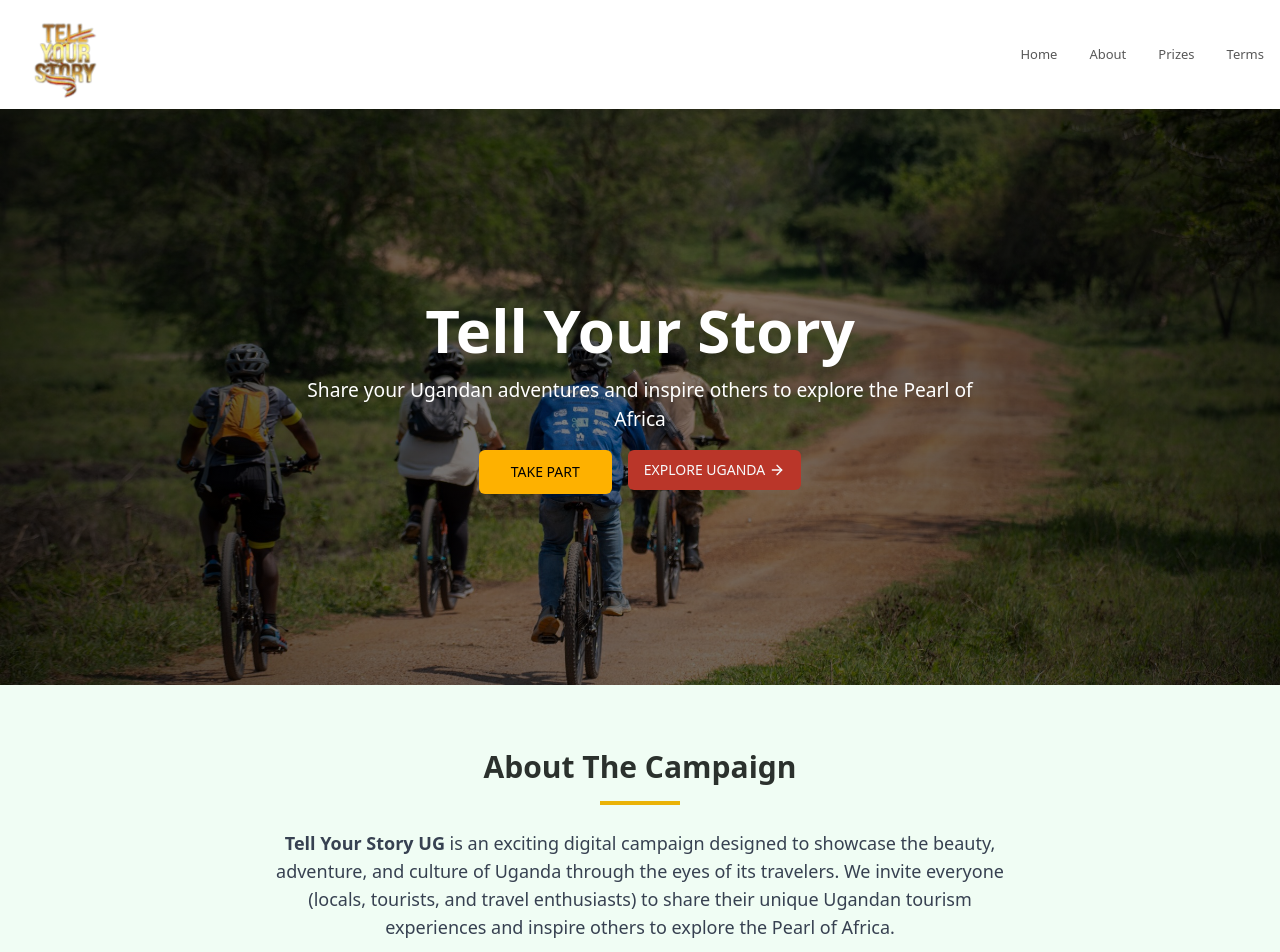
Repository: kaizoku010/take.part
Page: /
These files come from the project's save history. The page is drawn as it stood at one moment and after a run of saves; the edit follows.
The browser window is 1280 px wide. The pictures show the part of the page from y = 0 to 952 px (the page is 3836 px tall).
Backgrounds fixed to the window are drawn as part of the page. The project was rebuilt for these pictures with package versions that can differ from the ones it lists, and the page was loaded fresh each time. Also part of the build but not shown: vite.config.ts, src/components/ui/tooltip.tsx, src/pages/About.tsx, src/components/ui/input.tsx, src/pages/Stories.tsx, src/pages/StoryDetail.tsx, src/components/ui/use-toast.ts, src/components/ui/label.tsx and 4 more.

Above is the page before, as saved 2025-04-14 15:58:37.

### index.html

<!DOCTYPE html>
<html lang="en">
  <head>
    <meta charset="UTF-8" />
    <meta name="viewport" content="width=device-width, initial-scale=1.0" />
    <title>TAKE PART</title>
    <meta name="description" content="Share your Ugandan tourism experiences and inspire others to explore the Pearl of Africa" />
    <meta name="author" content="muneza dixon" />

    <meta property="og:title" content="Tell Your Story UG - Explore Uganda" />
    <meta property="og:description" content="Share your Ugandan tourism experiences and inspire others to explore the Pearl of Africa" />

    <!-- Meta Pixel Code -->
    <script>
    !function(f,b,e,v,n,t,s)
    {if(f.fbq)return;n=f.fbq=function(){n.callMethod?
    n.callMethod.apply(n,arguments):n.queue.push(arguments)};
    if(!f._fbq)f._fbq=n;n.push=n;n.loaded=!0;n.version='2.0';
    n.queue=[];t=b.createElement(e);t.async=!0;
    t.src=v;s=b.getElementsByTagName(e)[0];
    s.parentNode.insertBefore(t,s)}(window, document,'script',
    'https://connect.facebook.net/en_US/fbevents.js');
    fbq('init', '1846327909352916');
    fbq('track', 'PageView');
    </script>
    <!-- End Meta Pixel Code -->
  </head>

  <body>
    <div id="root"></div>
    <!-- Facebook Pixel noscript -->
    <noscript><img height="1" width="1" style="display:none"
    src="https://www.facebook.com/tr?id=1846327909352916&ev=PageView&noscript=1"
    /></noscript>
    <!-- IMPORTANT: DO NOT REMOVE THIS SCRIPT TAG OR THIS VERY COMMENT! -->
    <script src="https://cdn.gpteng.co/gptengineer.js" type="module"></script>
    <script type="module" src="/src/main.tsx"></script>
  </body>
</html>

### src/App.tsx

import { Toaster } from "@/components/ui/toaster";
import { Toaster as Sonner } from "@/components/ui/sonner";
import { TooltipProvider } from "@/components/ui/tooltip";
import { QueryClient, QueryClientProvider } from "@tanstack/react-query";
import { BrowserRouter, Routes, Route } from "react-router-dom";
import Home from "./pages/Home";
import About from "./pages/About";
import Stories from "./pages/Stories";
import StoryDetail from "./pages/StoryDetail";
import SubmitStory from "./pages/SubmitStory";
import NotFound from "./pages/NotFound";
import "./mdx.css";
import "./mobile.css"

const queryClient = new QueryClient();

const App = () => (
  <QueryClientProvider client={queryClient}>
    <TooltipProvider>
      <Toaster />
      <Sonner />
      <BrowserRouter>
        <Routes>
          <Route path="/" element={<Home />} />
          <Route path="/about" element={<About />} />
          <Route path="/stories" element={<Stories />} />
          <Route path="/stories/:id" element={<StoryDetail />} />
          <Route path="/submit-story" element={<SubmitStory />} />
          {/* ADD ALL CUSTOM ROUTES ABOVE THE CATCH-ALL "*" ROUTE */}
          <Route path="*" element={<NotFound />} />
        </Routes>
      </BrowserRouter>
    </TooltipProvider>
  </QueryClientProvider>
);

export default App;

### src/index.css
@tailwind base;
@tailwind components;
@tailwind utilities;

@layer base {
  :root {
    --background: 0 0% 100%;
    --foreground: 222.2 84% 4.9%;

    --card: 0 0% 100%;
    --card-foreground: 222.2 84% 4.9%;

    --popover: 0 0% 100%;
    --popover-foreground: 222.2 84% 4.9%;

    /* Main Orange/Gold */
    --primary: 41.81 100% 49.8%;
    --primary-foreground: 210 40% 98%;

    /* Rust Red */
    --secondary: 5.38 63.88% 44.51%;
    --secondary-foreground: 210 40% 98%;

    /* Change accent to Rust Red */
    --accent: 5.38 63.88% 44.51%;
    --accent-foreground: 210 40% 98%;

    --muted: 210 40% 96.1%;
    --muted-foreground: 215.4 16.3% 46.9%;

    --destructive: 0 84.2% 60.2%;
    --destructive-foreground: 210 40% 98%;

    --border: 214.3 31.8% 91.4%;
    --input: 214.3 31.8% 91.4%;
    --ring: 5.38 63.88% 44.51%;  /* Changed to Rust Red */

    --radius: 0.5rem;

    --sidebar-background: 0 0% 98%;

    --sidebar-foreground: 240 5.3% 26.1%;

    --sidebar-primary: 240 5.9% 10%;

    --sidebar-primary-foreground: 0 0% 98%;

    --sidebar-accent: 240 4.8% 95.9%;

    --sidebar-accent-foreground: 240 5.9% 10%;

    --sidebar-border: 220 13% 91%;

    --sidebar-ring: 217.2 91.2% 59.8%;
  }

  .dark {
    --background: 222.2 84% 4.9%;
    --foreground: 210 40% 98%;

    --card: 222.2 84% 4.9%;
    --card-foreground: 210 40% 98%;

    --popover: 222.2 84% 4.9%;
    --popover-foreground: 210 40% 98%;

    /* Main Orange/Gold */
    --primary: 41.81 100% 49.8%;
    --primary-foreground: 210 40% 98%;

    /* Rust Red */
    --secondary: 5.38 63.88% 44.51%;
    --secondary-foreground: 210 40% 98%;

    /* Change accent to Rust Red */
    --accent: 5.38 63.88% 44.51%;
    --accent-foreground: 210 40% 98%;

    --muted: 217.2 32.6% 17.5%;
    --muted-foreground: 215 20.2% 65.1%;

    --destructive: 0 62.8% 30.6%;
    --destructive-foreground: 210 40% 98%;

    --border: 217.2 32.6% 17.5%;
    --input: 217.2 32.6% 17.5%;
    --ring: 5.38 63.88% 44.51%;  /* Changed to Rust Red */
    --sidebar-background: 240 5.9% 10%;
    --sidebar-foreground: 240 4.8% 95.9%;
    --sidebar-primary: 224.3 76.3% 48%;
    --sidebar-primary-foreground: 0 0% 100%;
    --sidebar-accent: 240 3.7% 15.9%;
    --sidebar-accent-foreground: 240 4.8% 95.9%;
    --sidebar-border: 240 3.7% 15.9%;
    --sidebar-ring: 217.2 91.2% 59.8%;
  }
}

@layer base {
  * {
    @apply border-border;
  }

  body {
    @apply bg-background text-foreground;
  }
}

### src/components/ui/toaster.tsx
import { useToast } from "@/hooks/use-toast"
import {
  Toast,
  ToastClose,
  ToastDescription,
  ToastProvider,
  ToastTitle,
  ToastViewport,
} from "@/components/ui/toast"

export function Toaster() {
  const { toasts } = useToast()

  return (
    <ToastProvider>
      {toasts.map(function ({ id, title, description, action, ...props }) {
        return (
          <Toast key={id} {...props}>
            <div className="grid gap-1">
              {title && <ToastTitle>{title}</ToastTitle>}
              {description && (
                <ToastDescription>{description}</ToastDescription>
              )}
            </div>
            {action}
            <ToastClose />
          </Toast>
        )
      })}
      <ToastViewport />
    </ToastProvider>
  )
}

### src/components/ui/sonner.tsx
import { useTheme } from "next-themes"
import { Toaster as Sonner, toast } from "sonner"

type ToasterProps = React.ComponentProps<typeof Sonner>

const Toaster = ({ ...props }: ToasterProps) => {
  const { theme = "system" } = useTheme()

  return (
    <Sonner
      theme={theme as ToasterProps["theme"]}
      className="toaster group"
      toastOptions={{
        classNames: {
          toast:
            "group toast group-[.toaster]:bg-background group-[.toaster]:text-foreground group-[.toaster]:border-border group-[.toaster]:shadow-lg",
          description: "group-[.toast]:text-muted-foreground",
          actionButton:
            "group-[.toast]:bg-primary group-[.toast]:text-primary-foreground",
          cancelButton:
            "group-[.toast]:bg-muted group-[.toast]:text-muted-foreground",
        },
      }}
      {...props}
    />
  )
}

export { Toaster, toast }

### src/mdx.css
#hero-text{
    font-size: 1.2rem !important;
    line-height: unset !important;
}

#logo{
    width: 6rem !important;
}

#link{
    font-size: small !important;
    font-weight: 500;
color:rgba(0, 0, 0, 0.658) !important;
}


.bg-green-800{
    background-color: #ba3629 !important;
}

.bg-yellow-800{
    background-color: rgb(254, 177, 0) !important;
}


.bg-yellow-dx{
    background-color: rgb(254, 177, 0) !important;
}

.bg-green-900 {
    color: rgb(54, 53, 53) !important;
background-color: rgb(185, 183, 183) !important;
}


.text-green-800 {
    --tw-text-opacity: 1;
    color: rgb(43 49 45) !important;
}


.text-gray-hound{
    font-size: small;
    color: rgb(94, 94, 94) !important;
}


#carousel-section{
    padding-top: 5rem;
    padding-bottom: 5rem;
    background-color: #feb100 !important;
}

.bg-background {
    background-color: #212120 !important;
}

#prizes-section{
    height: 40rem !important;
    display: flex;
    padding-left: 10rem;
    background-position: bottom;
    background-attachment: fixed;
    width: 100%;
    background-image: url("../src/media/zebs.jpg");
}


.content-prizes{
display: flex;
/* background-color: red; */
width: 100%;
flex-direction: column;
justify-content: center;
}

.content-prizes-2{
display: flex;
background-color: transparent;
width: 100%;
flex-direction: column;
}

.win-title{

    font-weight: 800;
    font-size: 2rem;
    margin-bottom: 1rem;
    color: white;
}

.prize{
    display: flex;

    /* margin-bottom: 1rem; */
    font-weight: 200;
    /* font-size: 2rem; */
    align-items: center;
    color: white;
}

.prize img{
    width: 2.5rem;
    height: 2rem;
}


.take-part{
    background-color: #feb100;
    color: rgb(54, 52, 52);
    padding: 0.7rem;
    margin-top: 2rem;
    width: 10rem;
    font-weight: bold;
    font-size: small;
    border-radius: 10px;

}

.take-part:hover{
    color: white !important;
background-color: #ba3629 !important;
}


#vist-ug{
    background-color: #ba3629 !important;
}


#vist-ug:hover{
    background-color: transparent !important;
}


#footer{
    padding-top: 6rem;
    padding-bottom: 6rem;
}

#cta{
    height: 30rem;
    display: flex;
    flex-direction: column;
    justify-content: center;
    /* padding-top: 5rem !important;
    padding-bottom: 5rem !important; */
}

### src/components/ui/button.tsx
import * as React from "react"
import { Slot } from "@radix-ui/react-slot"
import { cva, type VariantProps } from "class-variance-authority"

import { cn } from "@/lib/utils"

const buttonVariants = cva(
  "inline-flex items-center justify-center gap-2 whitespace-nowrap rounded-md text-sm font-medium ring-offset-background transition-colors focus-visible:outline-none focus-visible:ring-2 focus-visible:ring-ring focus-visible:ring-offset-2 disabled:pointer-events-none disabled:opacity-50 [&_svg]:pointer-events-none [&_svg]:size-4 [&_svg]:shrink-0",
  {
    variants: {
      variant: {
        default: "bg-primary text-primary-foreground hover:bg-primary/90",
        destructive:
          "bg-destructive text-destructive-foreground hover:bg-destructive/90",
        outline:
          "border border-input bg-background hover:bg-accent hover:text-accent-foreground",
        secondary:
          "bg-secondary text-secondary-foreground hover:bg-secondary/80",
        ghost: "hover:bg-accent hover:text-accent-foreground",
        link: "text-primary underline-offset-4 hover:underline",
      },
      size: {
        default: "h-10 px-4 py-2",
        sm: "h-9 rounded-md px-3",
        lg: "h-11 rounded-md px-8",
        icon: "h-10 w-10",
      },
    },
    defaultVariants: {
      variant: "default",
      size: "default",
    },
  }
)

export interface ButtonProps
  extends React.ButtonHTMLAttributes<HTMLButtonElement>,
    VariantProps<typeof buttonVariants> {
  asChild?: boolean
}

const Button = React.forwardRef<HTMLButtonElement, ButtonProps>(
  ({ className, variant, size, asChild = false, ...props }, ref) => {
    const Comp = asChild ? Slot : "button"
    return (
      <Comp
        className={cn(buttonVariants({ variant, size, className }))}
        ref={ref}
        {...props}
      />
    )
  }
)
Button.displayName = "Button"

export { Button, buttonVariants }

### src/components/ui/card.tsx
import * as React from "react"

import { cn } from "@/lib/utils"

const Card = React.forwardRef<
  HTMLDivElement,
  React.HTMLAttributes<HTMLDivElement>
>(({ className, ...props }, ref) => (
  <div
    ref={ref}
    className={cn(
      "rounded-lg border bg-card text-card-foreground shadow-sm",
      className
    )}
    {...props}
  />
))
Card.displayName = "Card"

const CardHeader = React.forwardRef<
  HTMLDivElement,
  React.HTMLAttributes<HTMLDivElement>
>(({ className, ...props }, ref) => (
  <div
    ref={ref}
    className={cn("flex flex-col space-y-1.5 p-6", className)}
    {...props}
  />
))
CardHeader.displayName = "CardHeader"

const CardTitle = React.forwardRef<
  HTMLParagraphElement,
  React.HTMLAttributes<HTMLHeadingElement>
>(({ className, ...props }, ref) => (
  <h3
    ref={ref}
    className={cn(
      "text-2xl font-semibold leading-none tracking-tight",
      className
    )}
    {...props}
  />
))
CardTitle.displayName = "CardTitle"

const CardDescription = React.forwardRef<
  HTMLParagraphElement,
  React.HTMLAttributes<HTMLParagraphElement>
>(({ className, ...props }, ref) => (
  <p
    ref={ref}
    className={cn("text-sm text-muted-foreground", className)}
    {...props}
  />
))
CardDescription.displayName = "CardDescription"

const CardContent = React.forwardRef<
  HTMLDivElement,
  React.HTMLAttributes<HTMLDivElement>
>(({ className, ...props }, ref) => (
  <div ref={ref} className={cn("p-6 pt-0", className)} {...props} />
))
CardContent.displayName = "CardContent"

const CardFooter = React.forwardRef<
  HTMLDivElement,
  React.HTMLAttributes<HTMLDivElement>
>(({ className, ...props }, ref) => (
  <div
    ref={ref}
    className={cn("flex items-center p-6 pt-0", className)}
    {...props}
  />
))
CardFooter.displayName = "CardFooter"

export { Card, CardHeader, CardFooter, CardTitle, CardDescription, CardContent }

### src/components/layout/Layout.tsx

import { ReactNode } from "react";
import Header from "./Header";
import Footer from "./Footer";

interface LayoutProps {
  children: ReactNode;
}

const Layout = ({ children }: LayoutProps) => {
  return (
    <div className="flex flex-col min-h-screen">
      <Header />
      <main className="flex-grow">
        {children}
      </main>
      <Footer />
    </div>
  );
};

export default Layout;

### src/components/layout/Header.tsx

import { useState } from "react";
import { Menu, X } from "lucide-react";
import { Link } from "react-router-dom";
import Logo from "../../media/logo.png";

const Header = () => {
  const [isMenuOpen, setIsMenuOpen] = useState(false);

  const toggleMenu = () => {
    setIsMenuOpen(!isMenuOpen);
  };

  return (
    <header className="text-white shadow-md">
      <div className="container mx-auto px-4">
        <div className="flex justify-between items-center">
          <Link to="/" className="text-2xl font-bold flex items-center gap-2">
            <img id="logo" src={Logo} alt="Logo" />
            {/* <span className="text-white">Tell Your Story</span> */}
          </Link>

          {/* Desktop Navigation */}
          <nav className="hidden md:flex space-x-8">
            <Link to="/" id="link" className="hover:text-yellow-400 transition-colors">Home</Link>
            <Link to="/stories" id="link" className="hover:text-yellow-400 transition-colors">About</Link>
            <Link to="/submit-story" id="link" className="hover:text-yellow-400 transition-colors">Prizes</Link>
            <Link to="/about" id="link" className="hover:text-yellow-400 transition-colors">Terms</Link>
          </nav>

          {/* Mobile Menu Button */}
          <button
            onClick={toggleMenu}
            className="md:hidden text-white focus:outline-none"
          >
            {isMenuOpen ? <X size={24} /> : <Menu size={24} />}
          </button>
        </div>

        {/* Mobile Navigation */}
        {isMenuOpen && (
          <nav className="md:hidden pt-4 pb-2">
            <div className="flex flex-col space-y-3">
              <Link
                to="/"
                id="link"
                className="hover:text-yellow-400 transition-colors py-2"
                onClick={() => setIsMenuOpen(false)}
              >
                Home
              </Link>
              <Link
                to="/stories"
                id="link"
                className="hover:text-yellow-400 transition-colors py-2"
                onClick={() => setIsMenuOpen(false)}
              >
                Stories
              </Link>
              <Link
                to="/submit-story"
                id="link"
                className="hover:text-yellow-400 transition-colors py-2"
                onClick={() => setIsMenuOpen(false)}
              >
                Submit Story
              </Link>
              <Link
                to="/about"
                id="link"
                className="hover:text-yellow-400 transition-colors py-2"
                onClick={() => setIsMenuOpen(false)}
              >
                About
              </Link>
            </div>
          </nav>
        )}
      </div>
    </header>
  );
};

export default Header;

### src/components/layout/Footer.tsx

import { Facebook, Instagram, Twitter } from "lucide-react";
import { Link } from "react-router-dom";

const Footer = () => {
  return (
    <footer id="footer" className="bg-green-900 text-white py-10">
      <div className="container mx-auto px-4">
        <div className="grid grid-cols-1 md:grid-cols-3 gap-8">
          <div>
            <h3 className="text-xl font-bold mb-4">Tell Your Story UG</h3>
            <p className="text-gray-300 text-gray-hound">
            Tell Your Story UG is an exciting digital campaign designed to showcase the beauty, adventure, and culture of Uganda through the eyes of its travelers. We invite everyone (locals, tourists, and travel enthusiasts) to share their unique Ugandan tourism experiences and inspire others to explore the Pearl of Africa.
                        </p>
          </div>

          <div>
            <h3 className="text-xl font-bold mb-4">Quick Links</h3>
            <ul className="space-y-2">
              <li><Link to="/" className="text-gray-hound text-gray-300 hover:text-yellow-400 transition-colors">Home</Link></li>
              <li><Link to="/stories" className="text-gray-hound text-gray-300 hover:text-yellow-400 transition-colors">Stories</Link></li>
              <li><Link to="/submit-story" className="text-gray-hound text-gray-300 hover:text-yellow-400 transition-colors">Submit Story</Link></li>
              <li><Link to="/about" className="text-gray-hound text-gray-300 hover:text-yellow-400 transition-colors">About</Link></li>
            </ul>
          </div>

          <div>
            <h3 className="text-xl font-bold mb-4">Connect With Us</h3>
            <div className="flex space-x-4">
              <a href="https://facebook.com" target="_blank" rel="noopener noreferrer" className="hover:text-yellow-400 transition-colors">
                <Facebook size={24} />
              </a>
              <a href="https://twitter.com" target="_blank" rel="noopener noreferrer" className="hover:text-yellow-400 transition-colors">
                <Twitter size={24} />
              </a>
              <a href="https://instagram.com" target="_blank" rel="noopener noreferrer" className="hover:text-yellow-400 transition-colors">
                <Instagram size={24} />
              </a>
            </div>
            <p className="mt-4 text-gray-300 text-gray-hound">
              Email: <a href="mailto:info@tellyourstoryug.com" className="text-gray-hound hover:text-yellow-400 transition-colors">info@tellyourstoryug.com</a>
            </p>
          </div>
        </div>

        <div className="mt-8 pt-4 border-t border-green-800 text-center text-gray-300 text-gray-hound">
          <p>&copy; {new Date().getFullYear()} Tell Your Story UG. All rights reserved.</p>
        </div>
      </div>
    </footer>
  );
};

export default Footer;

### tailwind.config.ts
import type { Config } from "tailwindcss";

export default {
	darkMode: ["class"],
	content: [
		"./pages/**/*.{ts,tsx}",
		"./components/**/*.{ts,tsx}",
		"./app/**/*.{ts,tsx}",
		"./src/**/*.{ts,tsx}",
	],
	prefix: "",
	theme: {
		container: {
			center: true,
			padding: '2rem',
			screens: {
				'2xl': '1400px'
			}
		},
		extend: {
			colors: {
				main: 'hsl(41.81, 100%, 49.8%)',    // Orange/Gold
				accent: 'hsl(5.38, 63.88%, 44.51%)', // Rust Red
				border: 'hsl(var(--border))',
				input: 'hsl(var(--input))',
				ring: 'hsl(var(--ring))',
				background: 'hsl(var(--background))',
				foreground: 'hsl(var(--foreground))',
				primary: {
					DEFAULT: 'hsl(var(--primary))',
					foreground: 'hsl(var(--primary-foreground))'
				},
				secondary: {
					DEFAULT: 'hsl(var(--secondary))',
					foreground: 'hsl(var(--secondary-foreground))'
				},
				destructive: {
					DEFAULT: 'hsl(var(--destructive))',
					foreground: 'hsl(var(--destructive-foreground))'
				},
				muted: {
					DEFAULT: 'hsl(var(--muted))',
					foreground: 'hsl(var(--muted-foreground))'
				},
				// accent: {
				// 	DEFAULT: 'hsl(var(--accent))',
				// 	foreground: 'hsl(var(--accent-foreground))'
				// },
				popover: {
					DEFAULT: 'hsl(var(--popover))',
					foreground: 'hsl(var(--popover-foreground))'
				},
				card: {
					DEFAULT: 'hsl(var(--card))',
					foreground: 'hsl(var(--card-foreground))'
				},
				sidebar: {
					DEFAULT: 'hsl(var(--sidebar-background))',
					foreground: 'hsl(var(--sidebar-foreground))',
					primary: 'hsl(var(--sidebar-primary))',
					'primary-foreground': 'hsl(var(--sidebar-primary-foreground))',
					accent: 'hsl(var(--sidebar-accent))',
					'accent-foreground': 'hsl(var(--sidebar-accent-foreground))',
					border: 'hsl(var(--sidebar-border))',
					ring: 'hsl(var(--sidebar-ring))'
				}
			},
			borderRadius: {
				lg: 'var(--radius)',
				md: 'calc(var(--radius) - 2px)',
				sm: 'calc(var(--radius) - 4px)'
			},
			keyframes: {
				'accordion-down': {
					from: {
						height: '0'
					},
					to: {
						height: 'var(--radix-accordion-content-height)'
					}
				},
				'accordion-up': {
					from: {
						height: 'var(--radix-accordion-content-height)'
					},
					to: {
						height: '0'
					}
				}
			},
			animation: {
				'accordion-down': 'accordion-down 0.2s ease-out',
				'accordion-up': 'accordion-up 0.2s ease-out'
			}
		}
	},
	plugins: [require("tailwindcss-animate")],
} satisfies Config;

Loaded but not shown: src/main.tsx (common file); src/hooks/use-toast.ts (common file); src/lib/utils.ts (common file); src/pages/Home.tsx (282 lines, source omitted); src/components/ui/carousel.tsx (260 lines, source omitted); src/components/ui/toast.tsx (127 lines, source omitted); src/mobile.css (no copy from this time; the picture is the same without it)

After the next 3 saves:
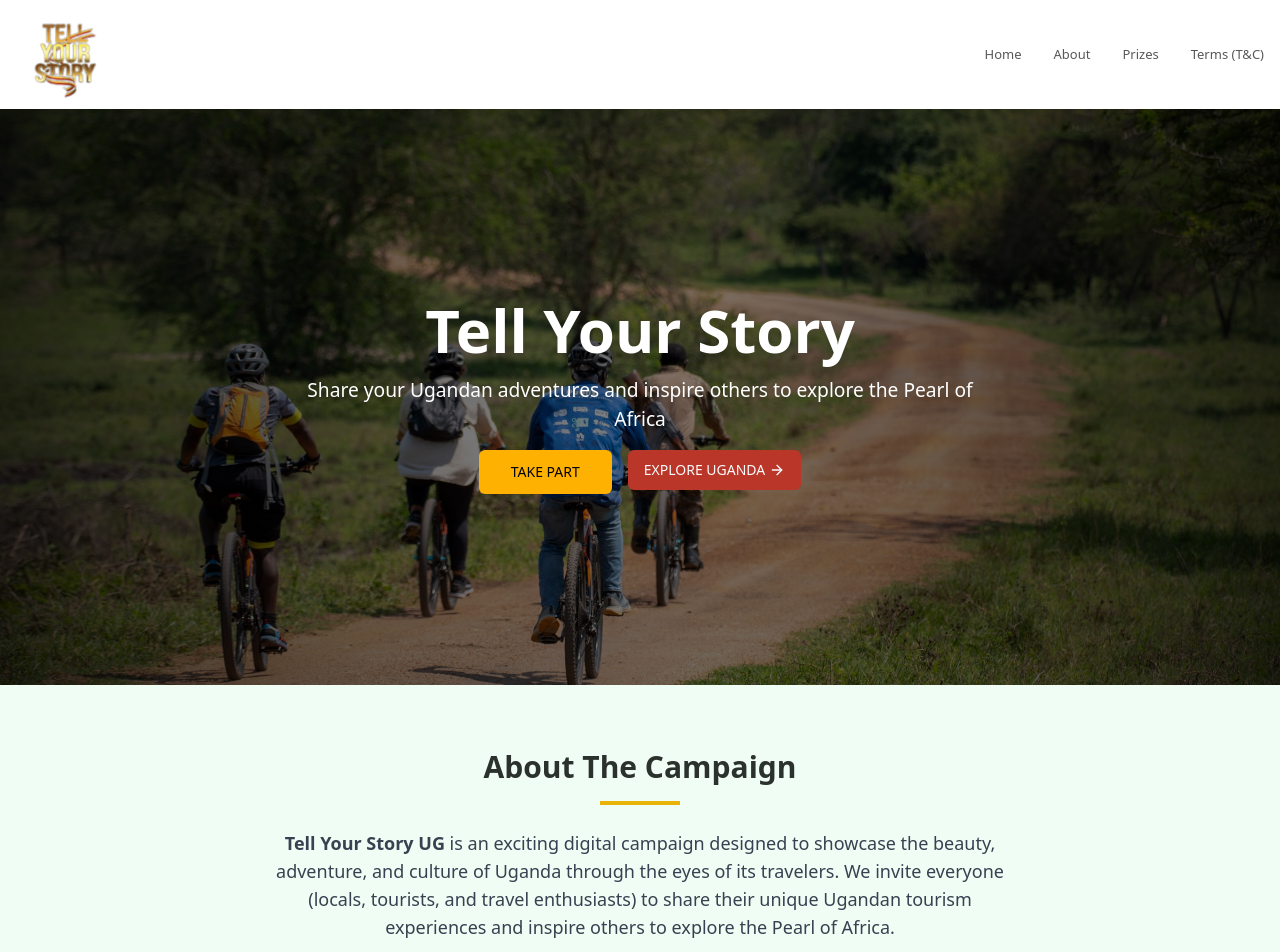
The 3 saves are shown as one change because they came seconds apart.
The last was saved 8 s later.
--- a/src/components/layout/Header.tsx
+++ b/src/components/layout/Header.tsx
@@ -25,7 +25,7 @@ const Header = () => {
             <Link to="/" id="link" className="hover:text-yellow-400 transition-colors">Home</Link>
             <Link to="/stories" id="link" className="hover:text-yellow-400 transition-colors">About</Link>
             <Link to="/submit-story" id="link" className="hover:text-yellow-400 transition-colors">Prizes</Link>
-            <Link to="/about" id="link" className="hover:text-yellow-400 transition-colors">Terms</Link>
+            <Link to="/about" id="link" className="hover:text-yellow-400 transition-colors">Terms (T&C)</Link>
           </nav>
 
           {/* Mobile Menu Button */}
